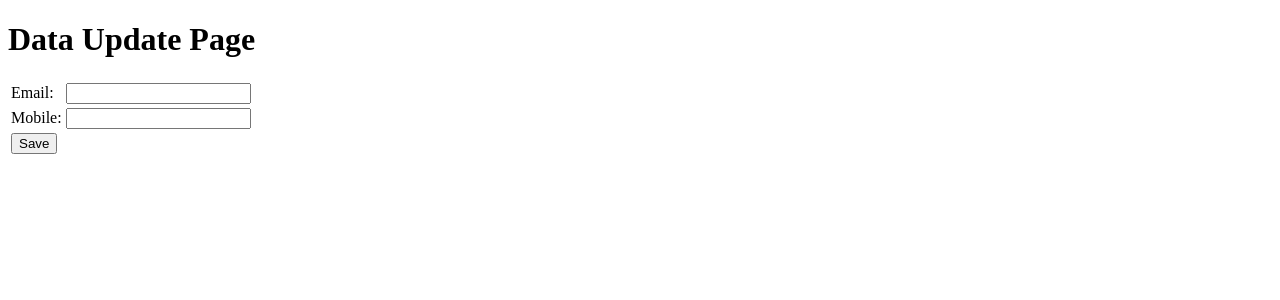
Repository: Aman-Kumar-Gautam/Java-Full-Stack
Page: Projects/web_app_1/src/main/webapp/update_registration.html
These files come from the project's save history. The page is drawn as it stood at one moment and after the next save; the edit follows.
The browser window is 1280 px wide. The pictures show the whole page.

Above is the page before, as saved 2023-11-07 15:49:03.

After the next save:
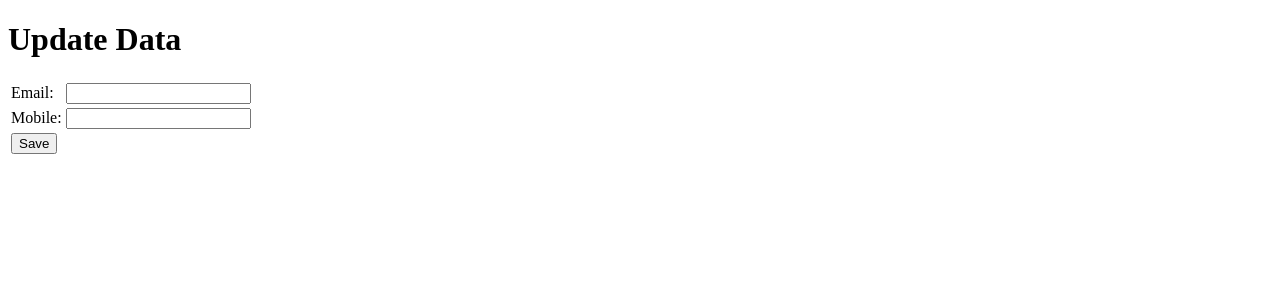
Saved 32 s later.
--- a/Projects/web_app_1/src/main/webapp/update_registration.html
+++ b/Projects/web_app_1/src/main/webapp/update_registration.html
@@ -2,10 +2,10 @@
 <html>
 <head>
 <meta charset="ISO-8859-1">
-<title>Insert title here</title>
+<title>Data Update Page</title>
 </head>
 <body>
-	<h1>Data Update Page</h1>
+	<h1>Update Data </h1>
 
 	<form action = "update" method="post">
 		<table>
